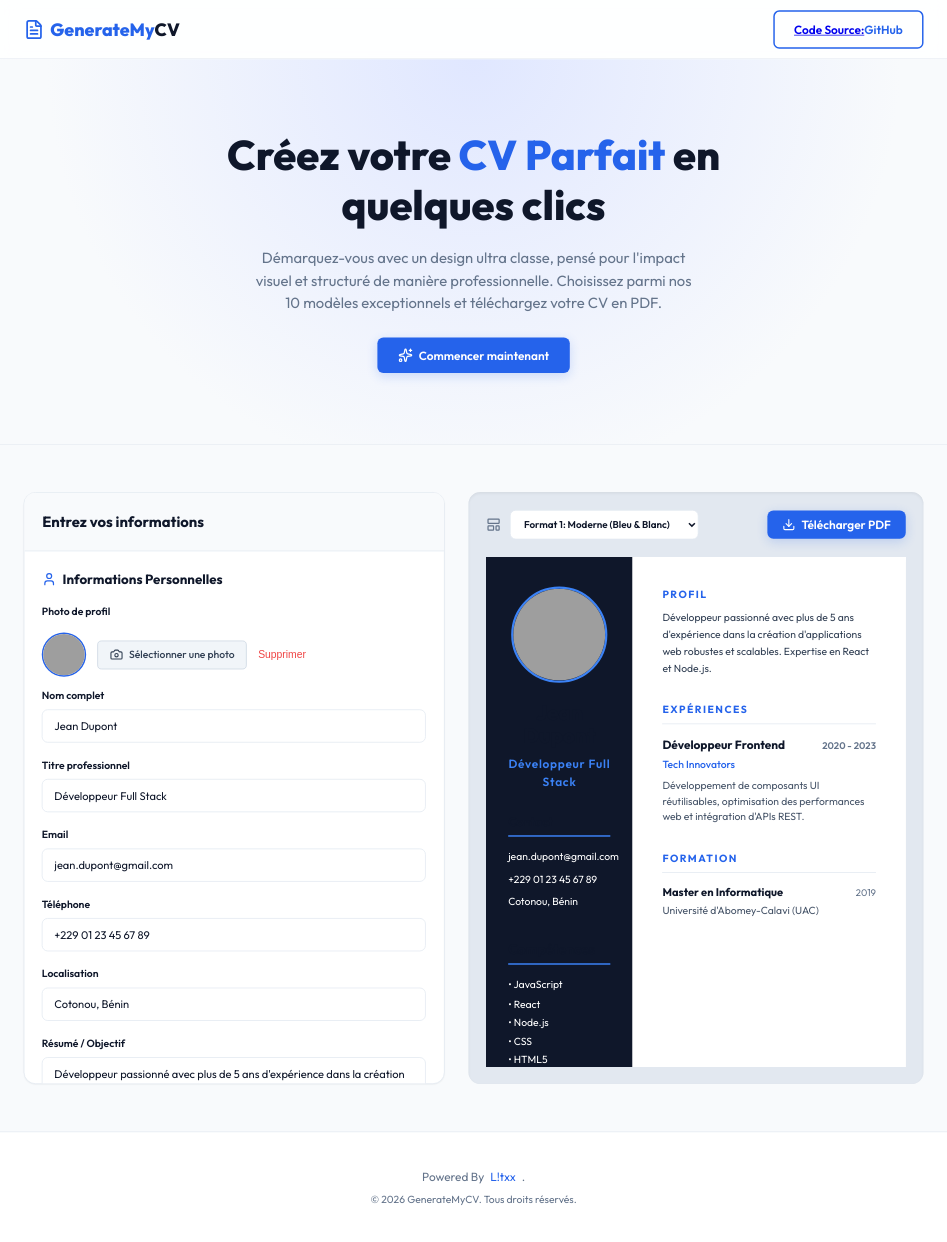
Repository: Issa-Mgn/Generatemy--cv
Page: /
These files come from the project's save history. The page is drawn as it stood at one moment and after the next save; the edit follows.
The browser window is 1280 px wide. The pictures show the whole page, at 74% of full size.
Pictures or frames that could not be fetched are drawn as grey boxes. An inner scrolling area shows only its first screen. The project was rebuilt for these pictures with package versions that can differ from the ones it lists, and the page was loaded fresh each time. Also part of the build but not shown: vite.config.js.

Above is the page before, as saved 2026-04-13 20:00:53.

After the next save:
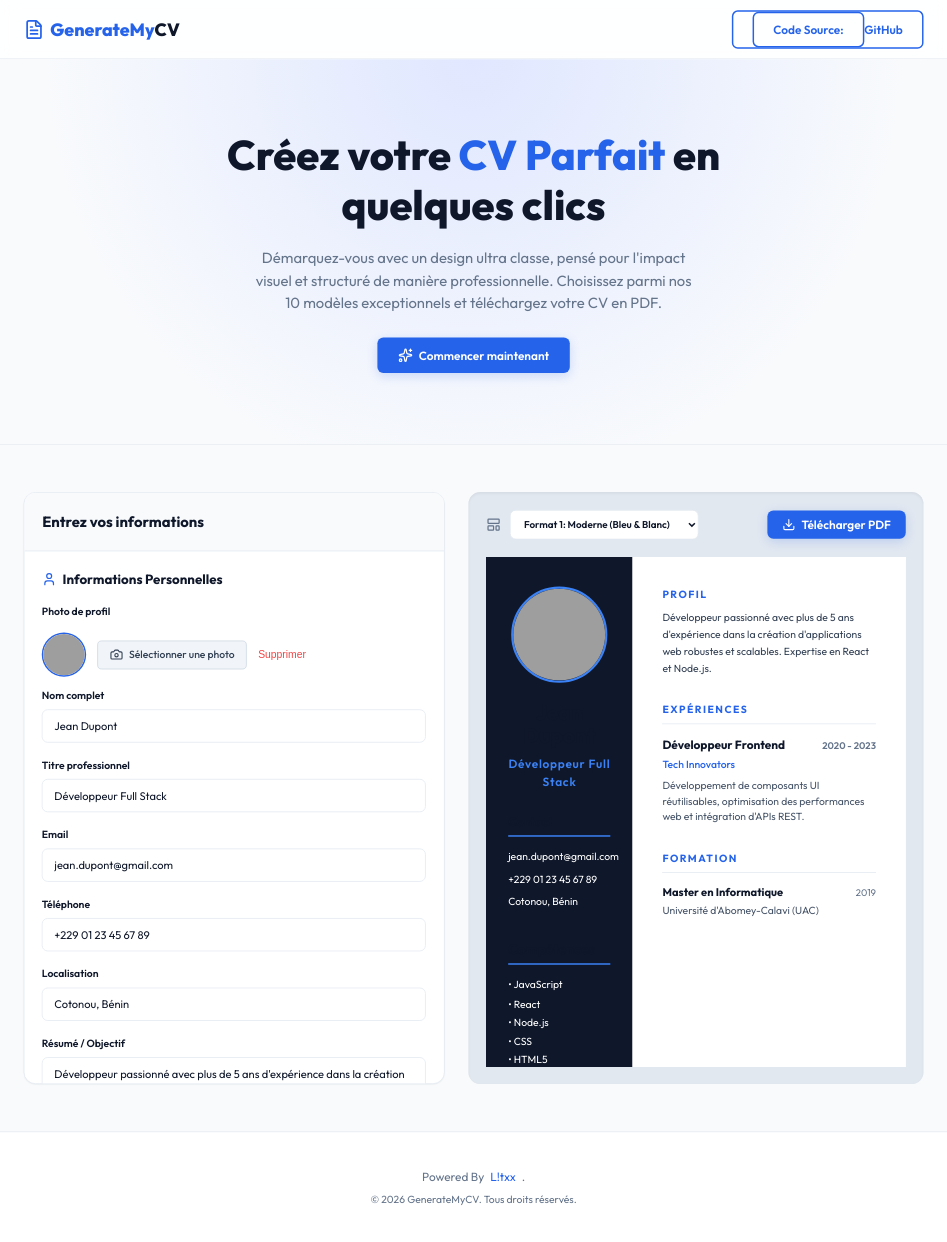
Saved 18 s later.
--- a/src/components/Header.jsx
+++ b/src/components/Header.jsx
@@ -11,7 +11,7 @@ const Header = () => {
         </a>
         <nav className="btn-outline">
 
-          <a href="https://github.com/Issa-Mgn/Generatemy--cv.git" target="_blank" rel="noreferrer" >
+          <a href="https://github.com/Issa-Mgn/Generatemy--cv.git" target="_blank" rel="noreferrer" className="btn-outline" >
             <span>Code Source:</span>
             </a>GitHub
         </nav>
